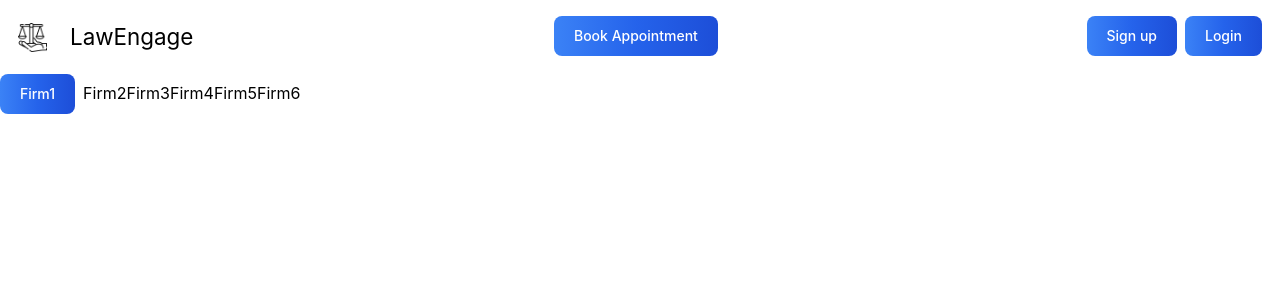
Repository: khushijain8/Lawyer-appointment-application
Page: /book (app in frontend/)
The author's editor kept a copy of each file at every save. The page is drawn from the files as they stood at one save, then again after the next save.
The browser window is 1280 px wide. The pictures show the whole page.
The project was rebuilt for these pictures with package versions that can differ from the ones it lists, and the page was loaded fresh each time. Also part of the build but not shown: frontend/src/App.css, frontend/src/components/Signup/Signup.css, frontend/src/components/Signup/Signup.jsx, frontend/src/components/Login/Login.css, frontend/src/components/Login/Login.jsx, frontend/src/components/Firm1/Firm1.jsx.

Above is the page before, as saved 2025-01-22 15:02:40.

### frontend/src/index.js
import React from 'react';
import ReactDOM from 'react-dom/client';
import './index.css';
import App from './App';
import reportWebVitals from './reportWebVitals';
import {BrowserRouter} from 'react-router-dom';

const root = ReactDOM.createRoot(document.getElementById('root'));
root.render(
  <React.StrictMode>
     <BrowserRouter>
      <App />
    </BrowserRouter>
  </React.StrictMode>
);

// If you want to start measuring performance in your app, pass a function
// to log results (for example: reportWebVitals(console.log))
// or send to an analytics endpoint. Learn more: https://bit.ly/CRA-vitals
reportWebVitals();

### frontend/src/App.js
import './App.css';
import {Route,Routes} from 'react-router-dom';
import Signup from './components/Signup/Signup';
import {Login} from './components/Login/Login';
import Navbar from './components/Navbar/Navbar';
import Book from './components/Book/Book';
import Firm1 from './components/Firm1/Firm1'
function App() {
  return (
    <>
      <Navbar></Navbar>
      <Routes>
        <Route path='/signup' element={<Signup/>}/>
        <Route path='/login' element={<Login/>}/>
        <Route path='/book' element={<Book/>}/>
        <Route path='/firm1' element={<Firm1/>}/>
      </Routes>
    </>
  );
}

export default App;

### frontend/src/components/Navbar/Navbar.jsx
import React from 'react'
import lawlogo from '../../assets/law.png';
import './Navbar.css';
import {useNavigate} from 'react-router-dom';
function Navbar() {
    const navigate=useNavigate()
  return (
    <div className='navbar'>
        <div className="left-nav">
            <img className = "logo px-2 py-2" src={lawlogo} alt="logo"></img>
            <span className="heading">LawEngage</span>
        </div>
        <div className='mid-nav'>
            <button class="text-white bg-gradient-to-r from-blue-500 via-blue-600 to-blue-700 hover:bg-gradient-to-br focus:ring-4 focus:outline-none focus:ring-blue-300 dark:focus:ring-blue-800 font-medium rounded-lg text-sm px-5 py-2.5 text-center me-2 mb-2"onClick={()=>navigate('/book')}>Book Appointment</button>
        </div>
        <div className='right-nav'>
            <button class="text-white bg-gradient-to-r from-blue-500 via-blue-600 to-blue-700 hover:bg-gradient-to-br focus:ring-4 focus:outline-none focus:ring-blue-300 dark:focus:ring-blue-800 font-medium rounded-lg text-sm px-5 py-2.5 text-center me-2 mb-2"onClick={()=>navigate('/signup')}>Sign up</button>
            <button class="text-white bg-gradient-to-r from-blue-500 via-blue-600 to-blue-700 hover:bg-gradient-to-br focus:ring-4 focus:outline-none focus:ring-blue-300 dark:focus:ring-blue-800 font-medium rounded-lg text-sm px-5 py-2.5 text-center me-2 mb-2" onClick={()=>navigate('/login')}>Login</button>
        </div>
    </div>
  )
}

export default Navbar

### frontend/src/components/Book/Book.jsx
import React from 'react'
import {useNavigate} from 'react-router-dom';
function Book() {
  const navigate=useNavigate();
  return (
    <div className="firms">
      <button className="text-white bg-gradient-to-r from-blue-500 via-blue-600 to-blue-700 hover:bg-gradient-to-br focus:ring-4 focus:outline-none focus:ring-blue-300 dark:focus:ring-blue-800 font-medium rounded-lg text-sm px-5 py-2.5 text-center me-2 mb-2" onclick={()=>navigate('/firm1')}>Firm1</button>
      <button onclick={()=>navigate('/firm2')}>Firm2</button>
      <button onclick={()=>navigate('/firm3')}>Firm3</button>
      <button onclick={()=>navigate('/firm4')}>Firm4</button>
      <button onclick={()=>navigate('/firm5')}>Firm5</button>
      <button onclick={()=>navigate('/firm6')}>Firm6</button>
    </div>
  )
}

export default Book

### frontend/src/components/Navbar/Navbar.css
.logo{
    width:45px;
    height:45px;
}
.navbar{
    margin:10px;
    display:flex;
    justify-content : space-between;
}
.left-nav{
    display: flex;
    justify-content: start;
    gap:15px;
    align-items:center; /* for heading (lawengage to be at the center of the logo)*/
}
.mid-nav{
    margin-top:6px;
}
.right-nav{
    margin-top:6px;
}
.heading{
    font-size: 1.4rem;
    font-weight: normal;
}

Loaded but not shown: frontend/public/index.html (common file); frontend/src/index.css (common file); frontend/src/reportWebVitals.js (common file); frontend/tailwind.config.js (common file)

After the next save:
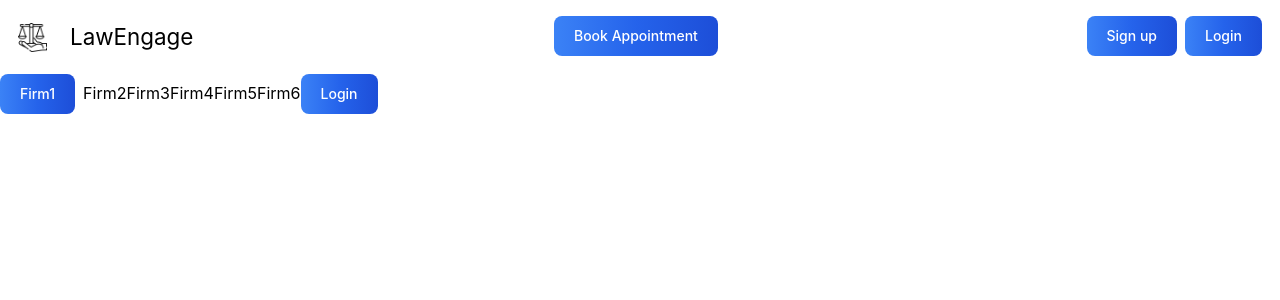
Saved 29 s later.
--- a/frontend/src/components/Book/Book.jsx
+++ b/frontend/src/components/Book/Book.jsx
@@ -10,6 +10,7 @@
       <button onclick={()=>navigate('/firm4')}>Firm4</button>
       <button onclick={()=>navigate('/firm5')}>Firm5</button>
       <button onclick={()=>navigate('/firm6')}>Firm6</button>
+      <button class="text-white bg-gradient-to-r from-blue-500 via-blue-600 to-blue-700 hover:bg-gradient-to-br focus:ring-4 focus:outline-none focus:ring-blue-300 dark:focus:ring-blue-800 font-medium rounded-lg text-sm px-5 py-2.5 text-center me-2 mb-2" onClick={()=>navigate('/login')}>Login</button>
     </div>
   )
 }

After the 3 saves that followed:
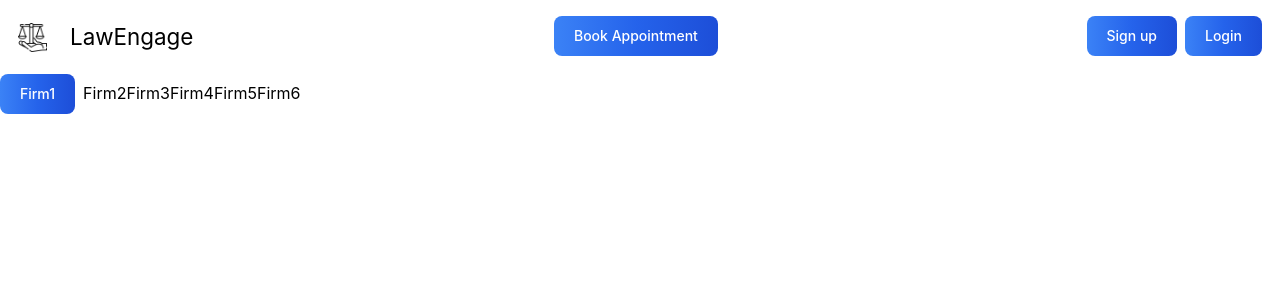
The 3 saves are shown as one change because 2 left the picture as it was.
The last was saved 85 s later.
--- a/frontend/src/components/Book/Book.jsx
+++ b/frontend/src/components/Book/Book.jsx
@@ -4,13 +4,12 @@
   const navigate=useNavigate();
   return (
     <div className="firms">
-      <button className="text-white bg-gradient-to-r from-blue-500 via-blue-600 to-blue-700 hover:bg-gradient-to-br focus:ring-4 focus:outline-none focus:ring-blue-300 dark:focus:ring-blue-800 font-medium rounded-lg text-sm px-5 py-2.5 text-center me-2 mb-2" onclick={()=>navigate('/firm1')}>Firm1</button>
-      <button onclick={()=>navigate('/firm2')}>Firm2</button>
-      <button onclick={()=>navigate('/firm3')}>Firm3</button>
-      <button onclick={()=>navigate('/firm4')}>Firm4</button>
-      <button onclick={()=>navigate('/firm5')}>Firm5</button>
-      <button onclick={()=>navigate('/firm6')}>Firm6</button>
-      <button class="text-white bg-gradient-to-r from-blue-500 via-blue-600 to-blue-700 hover:bg-gradient-to-br focus:ring-4 focus:outline-none focus:ring-blue-300 dark:focus:ring-blue-800 font-medium rounded-lg text-sm px-5 py-2.5 text-center me-2 mb-2" onClick={()=>navigate('/login')}>Login</button>
+      <button class="text-white bg-gradient-to-r from-blue-500 via-blue-600 to-blue-700 hover:bg-gradient-to-br focus:ring-4 focus:outline-none focus:ring-blue-300 dark:focus:ring-blue-800 font-medium rounded-lg text-sm px-5 py-2.5 text-center me-2 mb-2" onClick={()=>navigate('/firm1')}>Firm1</button>
+      <button onClick={()=>navigate('/firm2')}>Firm2</button>
+      <button onClick={()=>navigate('/firm3')}>Firm3</button>
+      <button onClick={()=>navigate('/firm4')}>Firm4</button>
+      <button onClick={()=>navigate('/firm5')}>Firm5</button>
+      <button onClick={()=>navigate('/firm6')}>Firm6</button>
     </div>
   )
 }
